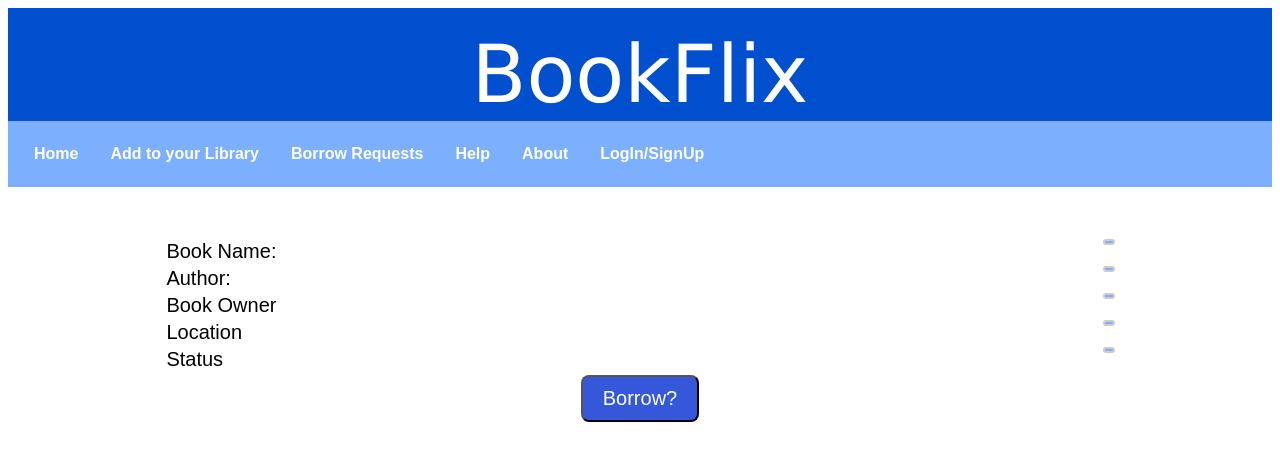
Repository: dan-10/Deloitte
Page: http://localhost/BookFlix/WEB-INF/views/status.jsp
These files come from the project's save history. The page is drawn as it stood at one moment and after the next save; the edit follows.
The browser window is 1280 px wide. The pictures show the whole page.
The page is served by Tomcat 9. Nobody is signed in. Other server files are loaded and not shown. The template is opened directly, without the code that normally fills it, so the values that code supplies are empty.

Above is the page before, as saved 2019-08-09 04:46:10.

### DeloitteTrainig/Final Project BookFlix/BookFlix/src/main/webapp/WEB-INF/views/status.jsp

<%@ page language="java" contentType="text/html; charset=ISO-8859-1"
    pageEncoding="ISO-8859-1"%>
<%@ taglib uri="http://www.springframework.org/tags/form" prefix="f" %>
<%@ taglib uri="http://java.sun.com/jsp/jstl/core" prefix="c" %>

<!DOCTYPE html>
<html>
	<head>
		<meta charset="ISO-8859-1">
		<title>BookFlix</title>
		<style type="text/css"><%@include file="/WEB-INF/views/styles/homeStyles.css" %></style>
		<style>

	.AddBookForm {
	grid-area: AddBookForm;
	font-family: Arial;
	font-size: 20px;
	font-weight: lighter;
	padding-top: 50px;
	text-align: center;
	}

	.butn {
  -webkit-border-radius: 8;
  -moz-border-radius: 8;
  border-radius: 8px;
  font-family: Arial;
  color: #ffffff;
  font-size: 20px;
  background: #3458d9;
  padding: 10px 20px 10px 20px;
  text-decoration: none;
}

.butn:hover {
  background: #6672de;
  text-decoration: none;
}

.td1{
padding-left: 30px;
}

.td {
  color: white;
  width: 30%;
  box-sizing: border-box;
  border: 2px solid #ccc;
  border-radius: 4px;
  font-size: 16px;
  background-color: #7dafff;
  float: left;

}
		</style>
	</head>

	<body>
		<div class="grid-container">
		  <div class="Header">
		  	<div class="heading">
		  		<center>BookFlix</center>
		  	</div>
		  </div>
		  <div class="Navigation">
			<div class="navbar">
				<a href="/home">Home</a>
				<a href="/addBook">Add to your Library</a>
				<a href="/borrow">Borrow Requests</a>
				<a href="/help">Help</a>
				<a href="/about">About</a>
				<a href="/validate">LogIn/SignUp</a>
				<c:if test="${!empty userName}">
					<div class="dropdown">
						<button class="dropbtn">${userName}
							<i class="fa fa-caret-down"></i>
						</button>
						<div class="dropdown-content">
							<a href="/myBooks">My Library</a>
							<a href="/logout">LogOut</a>
						</div>
					</div>
				</c:if>
			</div>
		  </div>
		  </div>

		 <!-- Book and user details area  -->
		 <div class="AddBookForm">
				<center>

					<f:form>
						<table width="80%">
							<tr>
								<td class = "td1">Book Name:</td>
								<td class = "td">${bookname}</td>
							</tr>

							<tr>
								<td class = "td1">Author:</td>
								<td class = "td">${author}</td>
							</tr>
							<tr>
								<td class = "td1">Book Owner</td>
								<td class = "td">${owner}</td>
							</tr>
							<tr>
								<td class = "td1">Location</td>
								<td class = "td">${location}</td>
							</tr>
							<tr>
								<td class = "td1">Status</td>
								<td class = "td">${status}</td>
							</tr>
							<tr>
								<td colspan="2" align="center"><button type ="submit" value = "Add Book" class="butn">Borrow?</button></td>
							</tr>
						</table>
					</f:form>
				</center>
			</div>
	</body>
</html>

### DeloitteTrainig/Final Project BookFlix/BookFlix/src/main/webapp/WEB-INF/views/styles/homeStyles.css
.grid-container {
	grid-template-rows: repeat(auto-fill, minmax(100px, 1fr));
	display: grid;
	grid-template-columns: 1fr 1fr 1fr 1fr 1fr 1fr 1fr 1fr 1fr 1fr 1fr 1fr;
	grid-template-areas: "Header Header Header Header Header Header Header Header Header Header Header Header" "Header Header Header Header Header Header Header Header Header Header Header Header" "Navigation Navigation Navigation Navigation Navigation Navigation Navigation Navigation Navigation Navigation Navigation Navigation" ". SearchPanel SearchPanel SearchPanel SearchPanel SearchPanel SearchPanel SearchPanel SearchPanel SearchPanel SearchPanel ." ". SearchResults SearchResults SearchResults SearchResults SearchResults SearchResults SearchResults SearchResults SearchResults SearchResults ." ". SearchResults SearchResults SearchResults SearchResults SearchResults SearchResults SearchResults SearchResults SearchResults SearchResults ." ". SearchResults SearchResults SearchResults SearchResults SearchResults SearchResults SearchResults SearchResults SearchResults SearchResults ." ". SearchResults SearchResults SearchResults SearchResults SearchResults SearchResults SearchResults SearchResults SearchResults SearchResults ." ". . . . . . . . . . . ." ". . . . . . . . . . . ." ". . . . . . . . . . . .";
}

.Header {
	grid-area: Header;
	background-color: #004fcf;
	font-family: Arial;
	color: #ffffff;
}

.Navigation {
	grid-area: Navigation;
	background-color: #7dafff;
	font-family: Arial;
	color: #ffffff;
	font-size: large;
	padding-top: 10px;
	padding-left: 10px;
	padding-right: 10px;
	padding-bottom: 10px;
}

.SearchPanel {
	grid-area: SearchPanel;
	font-family: Arial;
	font-size: 20px;
	padding-top: 20px;
}

.SearchResults {
	grid-area: SearchResults;
	font-family: Arial;
	font-size: 18px;
	font-weight: lighter;
}

.butn {
  -webkit-border-radius: 8;
  -moz-border-radius: 8;
  border-radius: 8px;
  font-family: Arial;
  color: #ffffff;
  font-size: 20px;
  background: #3458d9;
  padding: 10px 20px 10px 20px;
  text-decoration: none;
}

.butn:hover {
  background: #6672de;
  text-decoration: none;
}

input[type=text] {
  width: 50%;
  box-sizing: border-box;
  border: 2px solid #ccc;
  border-radius: 4px;
  font-size: 16px;
  background-color: white;
  padding: 12px 20px 12px 40px;
}

input[type=text]:focus {
  width: 100%;
  box-sizing: border-box;
  border: 2px solid #ccc;
  border-radius: 4px;
  font-size: 16px;
  background-color: white;
  padding: 12px 20px 12px 40px;
}

.heading{
	font-family: Verdana;
	font-size: 80px;
	font-weight: lighter;
	padding-top: 20px;
}

.b1{
	font-family: Verdana;
	font-size: 40px;
	font-weight: lighter;
	padding-top: 50px;
}

.b2{
	font-family: Verdana;
	font-size: 10px;
	font-weight: lighter;
	padding-top: 20px;
}

body {
  font-family: Arial, Helvetica, sans-serif;
}

.navbar {
  overflow: hidden;
  background-color: #7dafff;
  font-weight: bold;
}

.navbar a {
  float: left;
  font-size: 16px;
  color: white;
  text-align: center;
  padding: 14px 16px;
  text-decoration: none;

}

.dropdown {
  float: left;
  overflow: hidden;
}

.dropdown .dropbtn {
  font-size: 16px;
  border: none;
  outline: none;
  color: white;
  padding: 14px 16px;
  background-color: inherit;
  font-family: inherit;
  margin: 0;
}

.navbar a:hover, .dropdown:hover .dropbtn {
  background-color: #3458d9;
}

.dropdown-content {
  display: none;
  position: absolute;
  background-color: #f9f9f9;
  min-width: 160px;
  box-shadow: 0px 8px 16px 0px rgba(0,0,0,0.2);
  z-index: 1;
}

.dropdown-content a {
  float: none;
  color: black;
  padding: 12px 16px;
  text-decoration: none;
  display: block;
  text-align: left;
}

.dropdown-content a:hover {
  background-color: #ddd;
}

.dropdown:hover .dropdown-content {
  display: block;
}

After the next save:
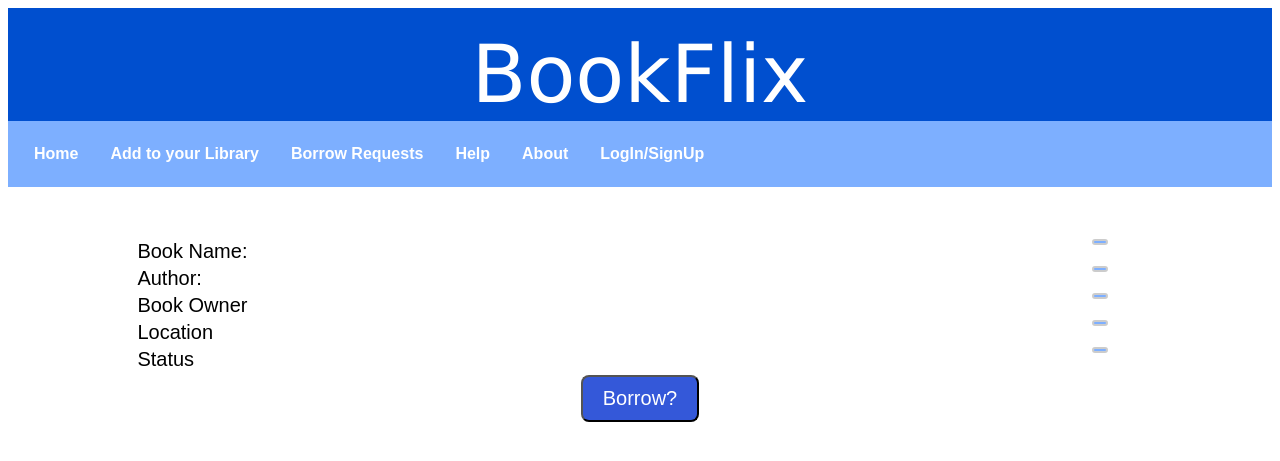
Saved 20 s later.
--- a/DeloitteTrainig/Final Project BookFlix/BookFlix/src/main/webapp/WEB-INF/views/status.jsp
+++ b/DeloitteTrainig/Final Project BookFlix/BookFlix/src/main/webapp/WEB-INF/views/status.jsp
@@ -39,7 +39,7 @@
 }
 
 .td1{
-padding-left: 30px;
+
 }
 
 .td {
